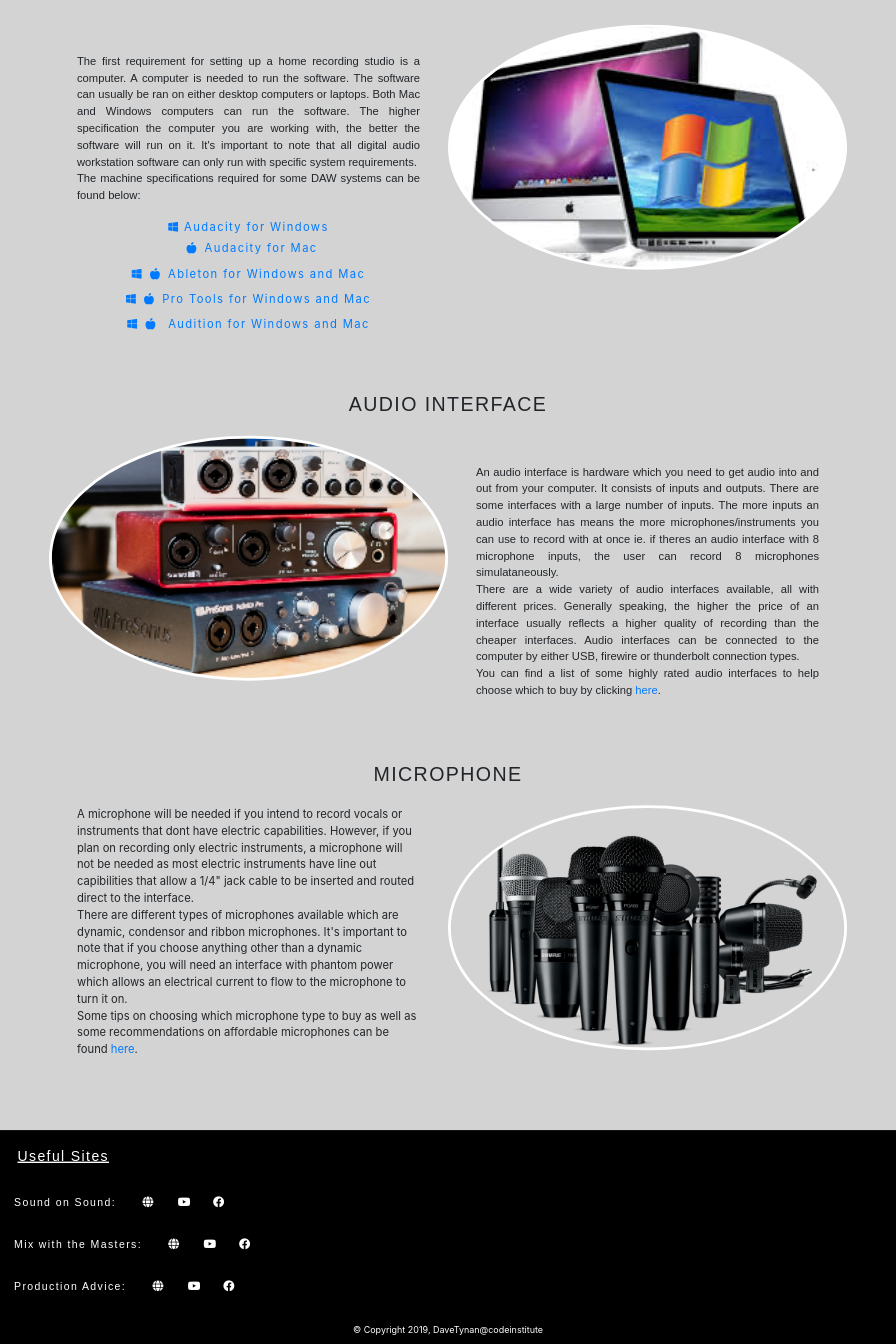
Repository: djjtyn/CIMilestoneProject1
Page: index.html
The author's editor kept a record of every edit. The page is drawn from the files as they stood at one moment, then again after the next edit.
The browser window is 1280 px wide. The pictures show the part of the page from y = 1399 to 3319 px (the page is 3319 px tall before and 3279 px after), at 70% of full size.
Some web libraries are served in a nearby version.

Above is the page before.
Console error (its wording comes from the project's code and is left out).

After the next edit:
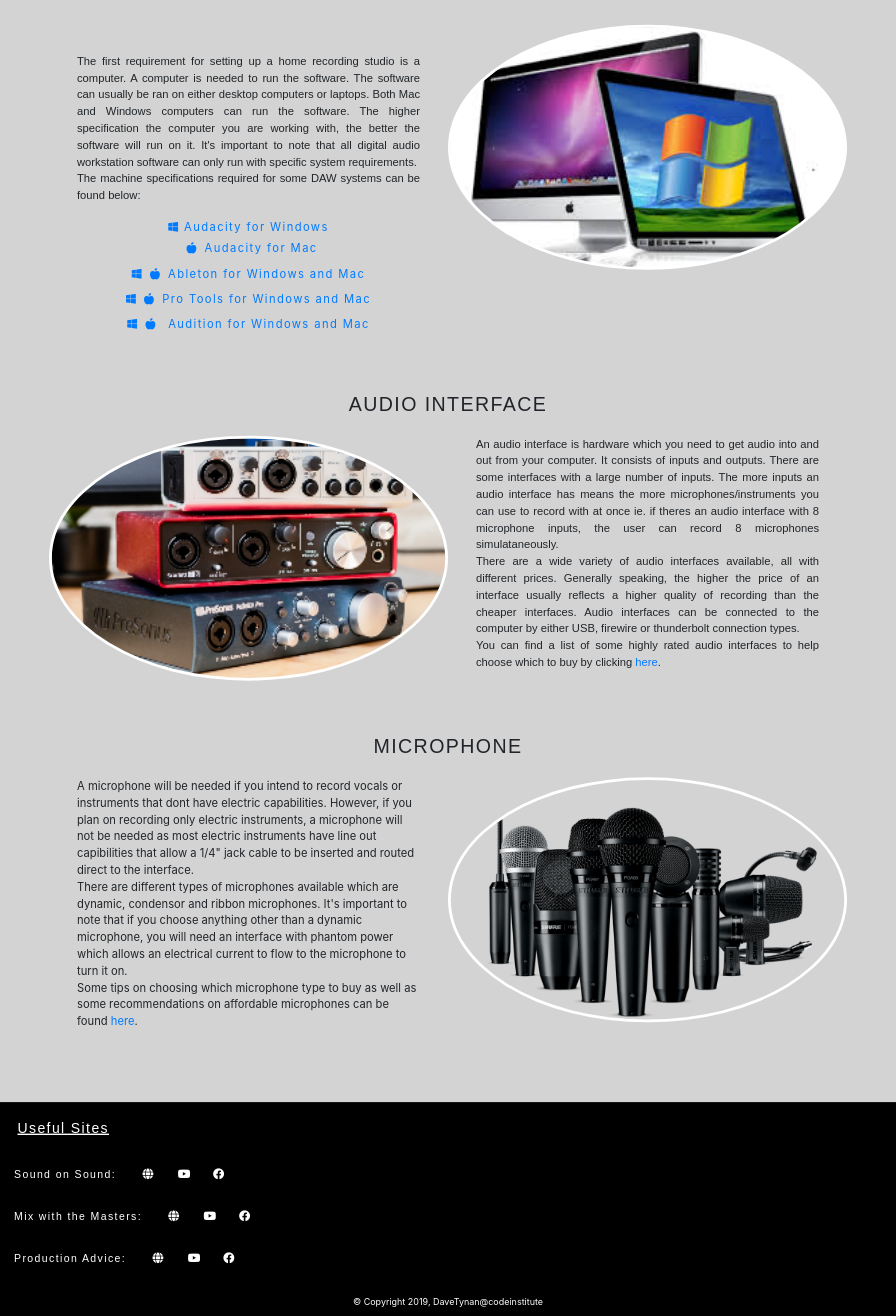
The edit:
--- a/css/style.css
+++ b/css/style.css
@@ -125,7 +125,7 @@
 .interfacetxt{
     padding:40px;
     text-align:center;
-    padding-top: 2;
+    padding-top: 0;
 
 
 }

After the 2 edits that followed:
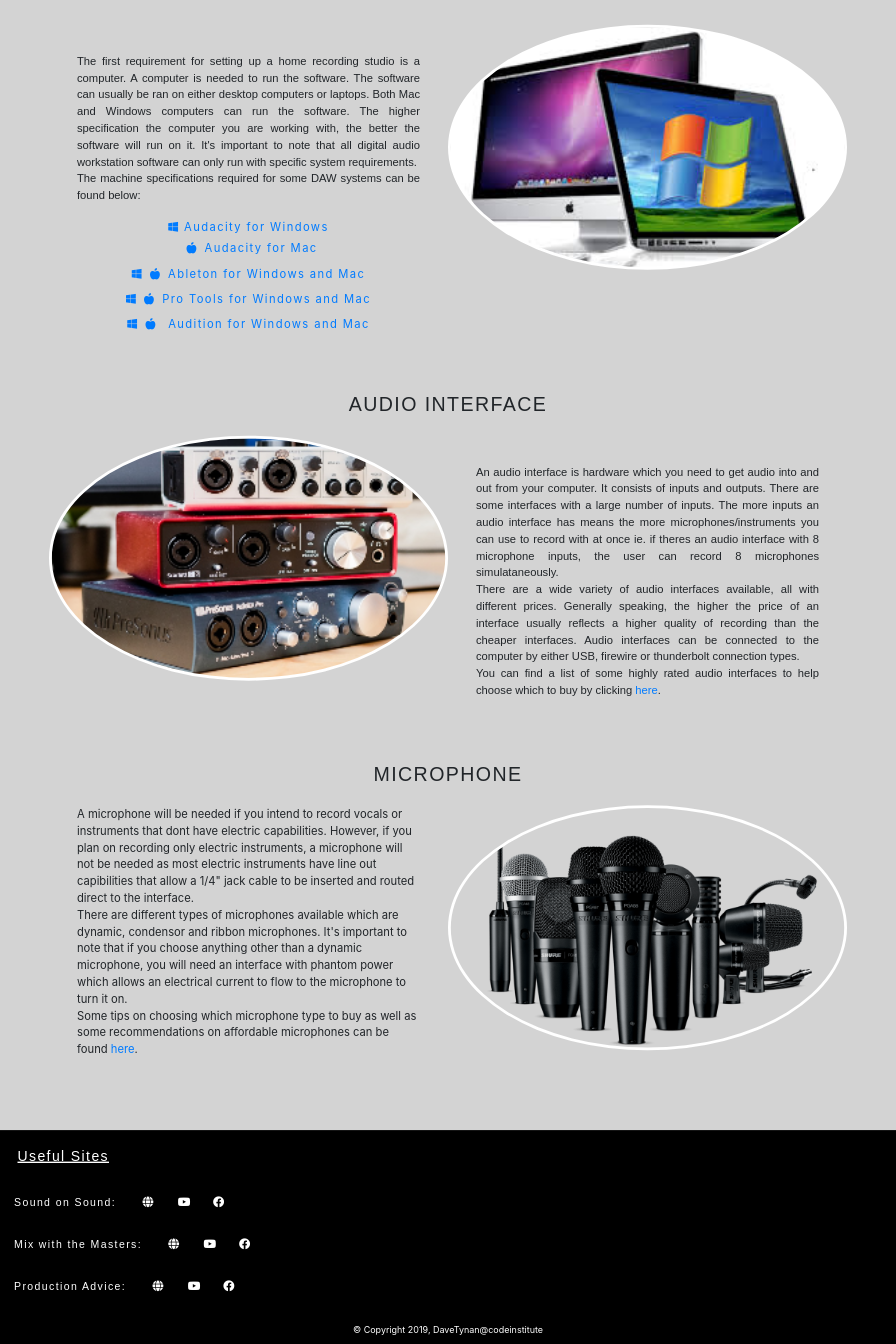
The 2 edits are shown as one change because 1 left the picture as it was.
The edit:
--- a/css/style.css
+++ b/css/style.css
@@ -104,10 +104,7 @@
 
 .comptxt{
    padding:40px;
-   text-align:center;
-   padding-top: 2;
-
-   }
+   text-align:center;}
 
 .interface{
     height: 350px;
@@ -125,9 +122,6 @@
 .interfacetxt{
     padding:40px;
     text-align:center;
-    padding-top: 0;
-
-
 }
 
 .microphone{
